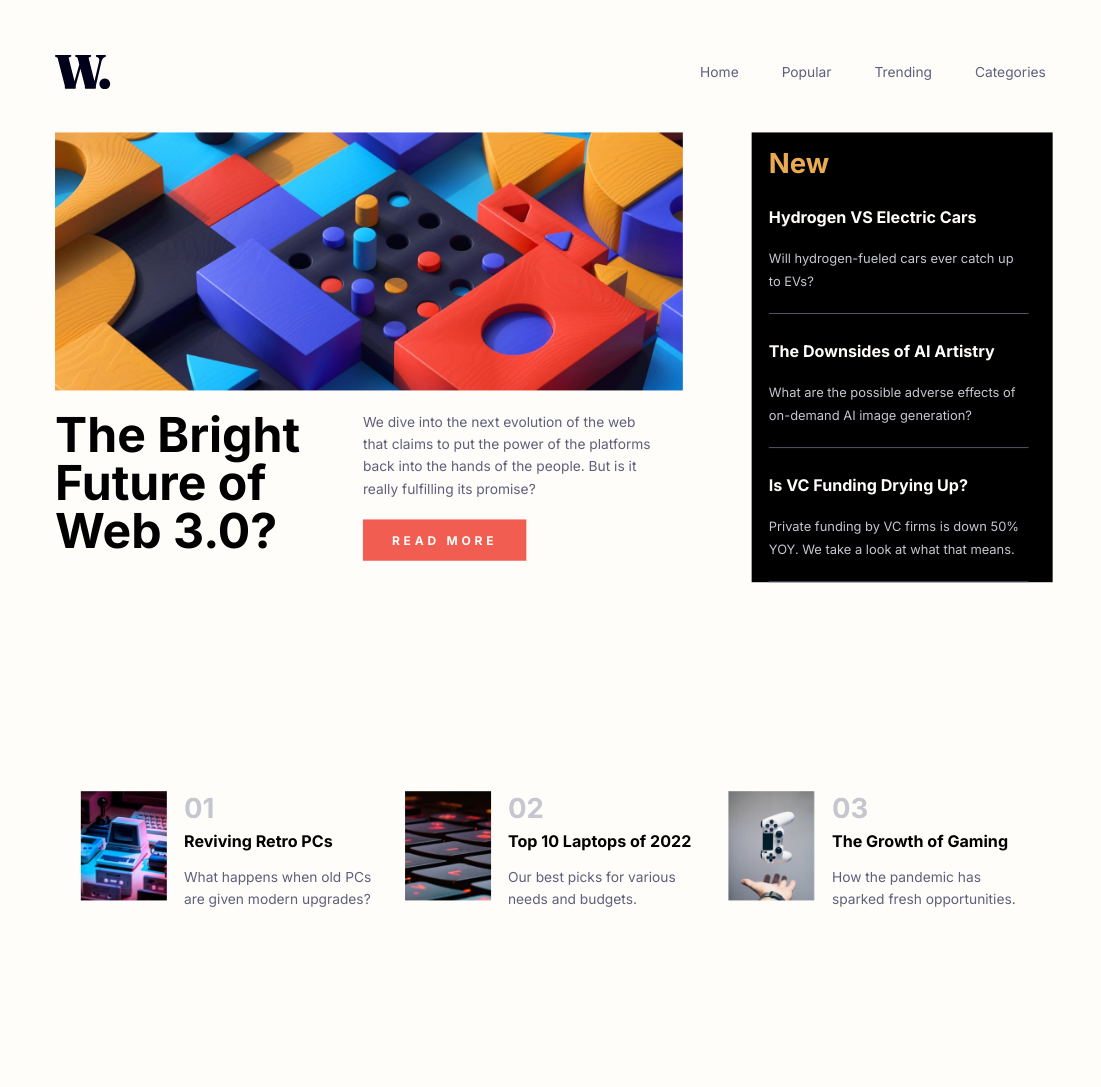
Repository: Arkitecth/news-webpage
Page: index.html
The author's editor kept a copy of each file at every save. The page is drawn from the files as they stood at one save, then again after the next save.
The browser window is 1280 px wide. The pictures show the whole page, at 86% of full size.

Above is the page before, as saved 2023-06-07 21:35:58.

After the next save:
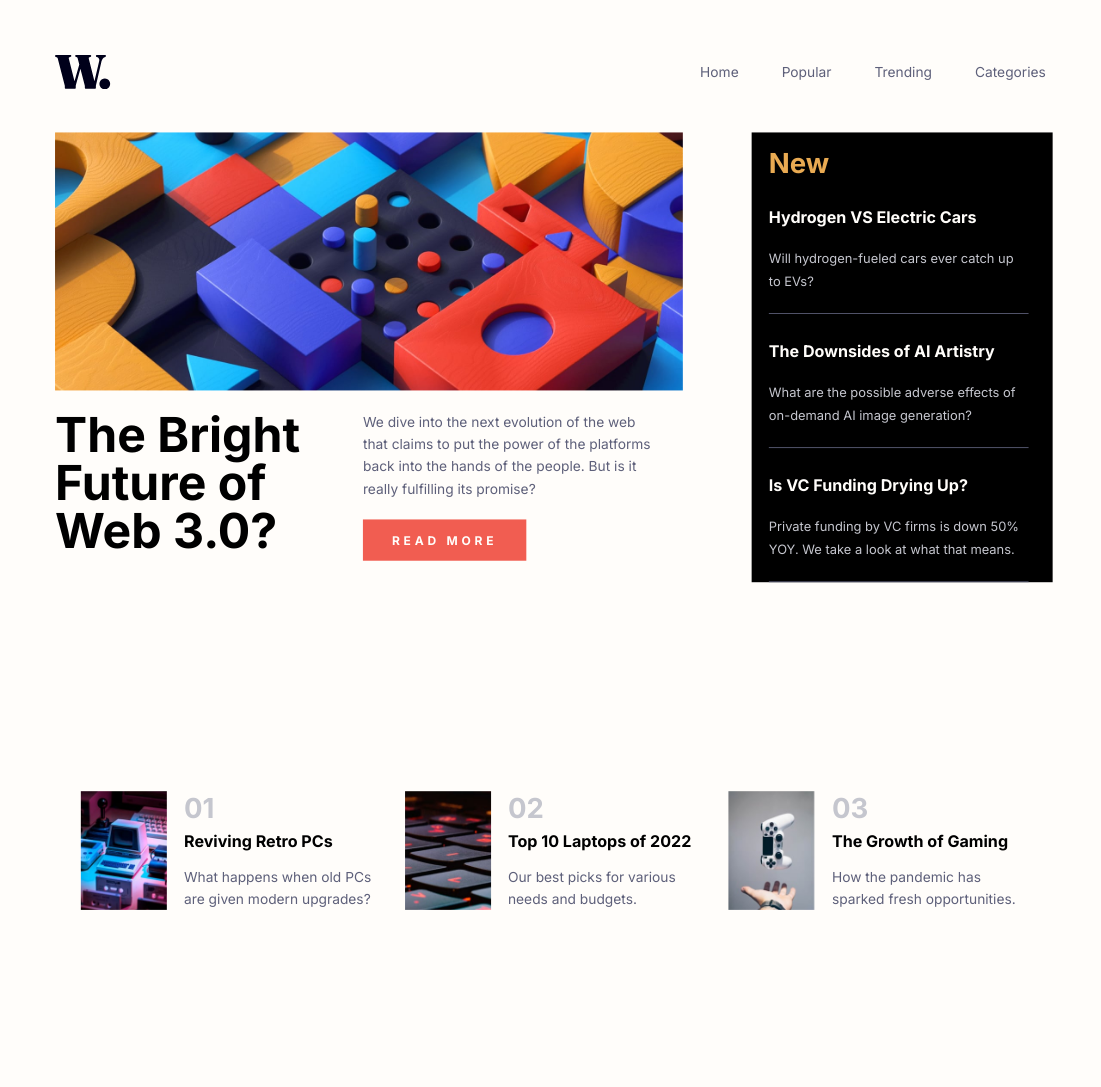
Saved 10 s later.
--- a/style.css
+++ b/style.css
@@ -161,7 +161,7 @@
 
 .game-card img {
     width: 100px;
-    height: 127px;
+    height: 100%;
 }
 
 .game-card article {
